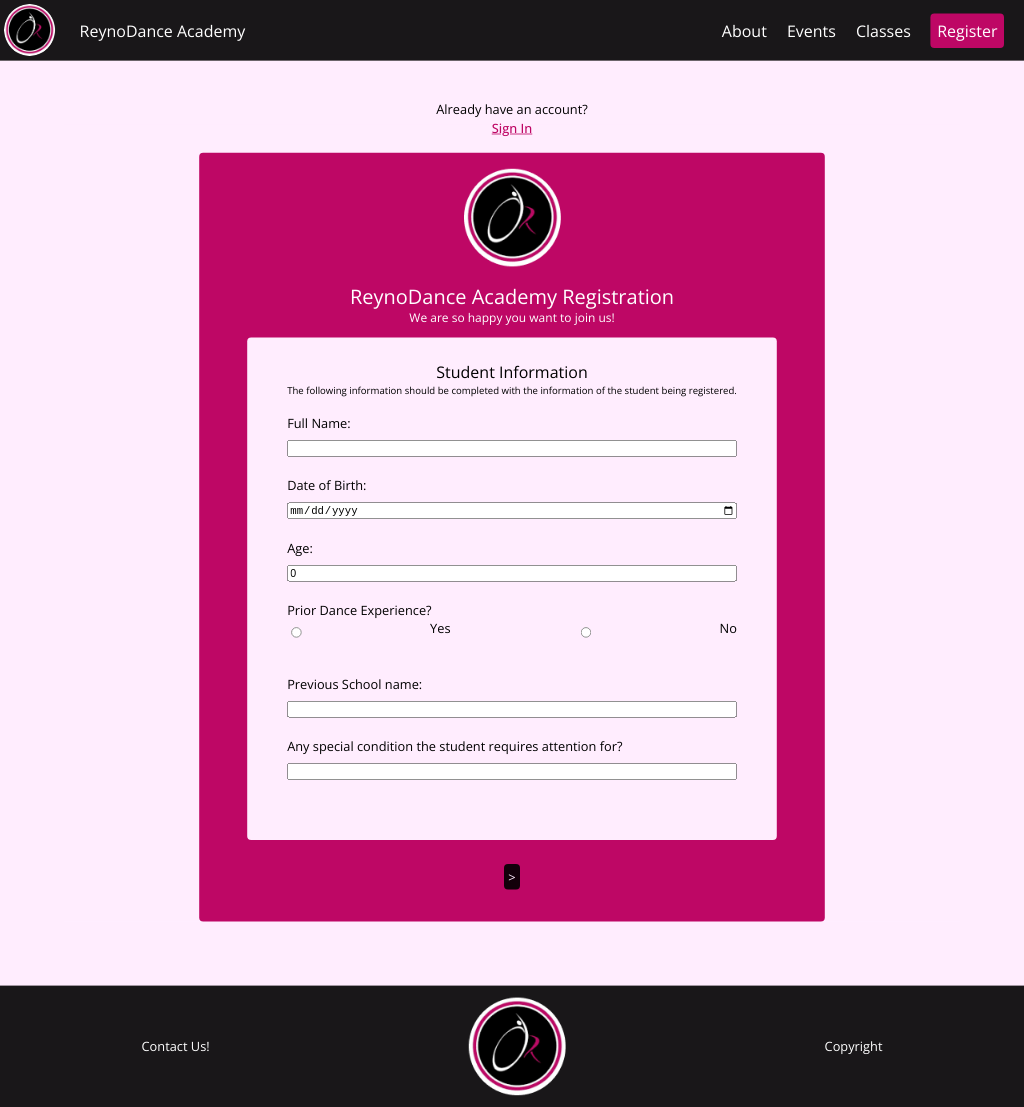
Repository: andreaelpz/reynodance-academy
Page: /register
The author's editor kept a copy of each file at every save. The page is drawn from the files as they stood at one save, then again after the next save.
The browser window is 1280 px wide. The pictures show the whole page, at 80% of full size.
The project was rebuilt for these pictures with package versions that can differ from the ones it lists, and the page was loaded fresh each time. Also part of the build but not shown: angular.json, src/app/about/about.component.ts, src/app/classes/classes.component.ts, src/app/events/events.component.ts, src/app/user/sign-in/sign-in.component.ts, src/app/dashboard/dashboard.component.ts, src/app/home/home.component.ts, src/app/login/login.component.ts.

Above is the page before, as saved 2024-11-18 21:56:40.

### src/index.html
<!doctype html>
<html lang="en">
<head>
  <meta charset="utf-8">
  <title>ReynodanceAcademy</title>
  <base href="/">
  <meta name="viewport" content="width=device-width, initial-scale=1">
  <link rel="icon" type="image/x-icon" href="favicon.ico">
</head>
<body>
  <app-root></app-root>
</body>
</html>

### src/styles.css
/* You can add global styles to this file, and also import other style files */
@import url('https://fonts.googleapis.com/css2?family=Open+Sans:wght@300;400;500;600;700;800&display=swap');

:root {
  --black: rgb(0,0,0,.9);
  --lightPink: #FFEDFE;
  --hotPink: #BE0765;
}

body {
  margin: 0;
  background: var(--lightPink);
  font-family: 'Open Sans', sans-serif;
  font-weight: 300;
  color: white;
}

### src/app/app.module.ts
import { NgModule } from '@angular/core';
import { BrowserModule } from '@angular/platform-browser';
import { FormsModule } from '@angular/forms';
import { AppRoutingModule } from './app-routing.module';

import { AppComponent } from './app.component';
import { NavbarComponent } from './navbar/navbar.component';
import { AboutComponent } from './about/about.component';
import { ClassesComponent } from './classes/classes.component';
import { EventsComponent } from './events/events.component';
import { RegisterComponent } from './user/register/register.component';
import { LoginComponent } from './login/login.component';
import { SignInComponent } from './user/sign-in/sign-in.component';
import { DashboardComponent } from './dashboard/dashboard.component';
import { HomeComponent } from './home/home.component';
import { FooterComponent } from './footer/footer.component';

@NgModule({
  declarations: [
    AppComponent,
    NavbarComponent,
    AboutComponent,
    ClassesComponent,
    EventsComponent,
    RegisterComponent,
    LoginComponent,
    SignInComponent,
    DashboardComponent,
    HomeComponent,
    FooterComponent
  ],
  imports: [
    BrowserModule,
    AppRoutingModule,
    FormsModule
  ],
  providers: [],
  bootstrap: [AppComponent]
})
export class AppModule { }

### src/app/app-routing.module.ts
import { NgModule } from '@angular/core';
import { RouterModule, Routes } from '@angular/router';
import { AboutComponent } from './about/about.component';
import { ClassesComponent } from './classes/classes.component';
import { EventsComponent } from './events/events.component';
import { SignInComponent } from './user/sign-in/sign-in.component';
import { DashboardComponent } from './dashboard/dashboard.component';
import { HomeComponent } from './home/home.component';
import { RegisterComponent } from './user/register/register.component';

const routes: Routes = [
  {path: 'about', component: AboutComponent, title:"About - ReynoDance"},
  {path: 'classes', component: ClassesComponent, title:"Classes - ReynoDance"},
  {path: 'events', component: EventsComponent, title:"Events - ReynoDance"},
  {path: 'register', component: RegisterComponent, title:"Register - ReynoDance"},
  {path: 'sign-in', component: SignInComponent, title:"Sign-In - ReynoDance"},
  {path: 'dashboard', component: DashboardComponent, title:"Dashboard - ReynoDance"},
  {path: '', component: HomeComponent, title:"ReynoDance Academy"}
];

@NgModule({
  imports: [RouterModule.forRoot(routes)],
  exports: [RouterModule]
})
export class AppRoutingModule { }

### src/app/app.component.ts
import { Component } from '@angular/core';

@Component({
  selector: 'app-root',
  templateUrl: './app.component.html',
  styleUrls: ['./app.component.css']
})
export class AppComponent {
  title = 'reynodance-academy';
}

### src/app/user/register/register.component.ts
import { Component } from '@angular/core';
import { User } from '../user.models';

@Component({
  selector: 'app-register',
  templateUrl: './register.component.html',
  styleUrls: ['./register.component.css']
})

export class RegisterComponent {
  user: User = {
    fullName: '',
    dateOfBirth: null,
    age: 0,
    hasDanceExperience: false,
    mother: {
      name: '',
      address: '',
      phone: '',
    },
    father: {
      name: '',
      address: '',
      phone: '',
    },
  };

  currentPage: number = 1;
  confirmation: boolean = false;

  nextPage(): void{
    this.currentPage++;
  }

  previousPage(): void{
    this.currentPage--;
  }

  submitForm(): void{
    this.confirmation = true;
  }

  closeConfirmation(): void{
    this.confirmation = false;
  }
}

### src/app/navbar/navbar.component.html
<div class = "container">
  <div class = "left">
    <a href = ""> <img class = "logo" src="/assets/images/logo.png" alt="Logo"/> </a>
    <a href = "">ReynoDance Academy</a>
  </div>
  <div class = "right">
    <a href = "/about">About</a>
    <a href = "/events">Events</a>
    <a href = "/classes">Classes</a>
    <a class = "register" href = "/register">Register</a>
  </div>
</div>

### src/app/navbar/navbar.component.css
.container{
  display: flex;
  justify-content: space-between;
  font-size: 20px;
  background-color: var(--black);
}

.left{
  display: flex;
  align-items: center;
  margin-left: 5px;
}

.left *{
  margin-right: 15px;
}

.logo{
  height: 65px;
  border-radius: 100%;
  margin-top: 5px;
}

.right{
  display: flex;
  align-items: center;
  margin-right: 25px;
}

.right *{
  margin-left: 25px;
}

a{
  text-decoration: none;
  color: white;
}

.register{
  background-color: var(--hotPink);
  padding: 8px;
  border-radius: 5px;
}

.register:hover{
  border-color: 10px solid var(--hotPink);
  background-color: #FFEDFE;
  color: var(--hotPink);
  font-size: 18px;
  font-weight: 400;
  border-color: var(--hotPink)
}

### src/app/user/register/register.component.html
<div class="container">
  <div class="accountExists">
    Already have an account?
  </div>
  <div class="sign-in">
    <a href="/sign-in">Sign In</a>
  </div>
  <div class="background">
    <img class = "logo" src = "/assets/images/logo.png"/>
    <div class="title">ReynoDance Academy Registration</div>
    <div class = "greeting"> We are so happy you want to join us!</div>

    <form (ngSubmit)="submitForm()">
      <!-- STUDENT INFORMATION -->
      <div class = "student" *ngIf= "currentPage === 1">
        <div class = "formTitle">Student Information</div>
        <div class = "info"> The following information should be completed with the information of the student being registered.</div>
        <br>
        Full Name: <input [(ngModel)]="user.fullName" name="name" type="text" />
        Date of Birth:<input [(ngModel)]="user.dateOfBirth" name="dob" type="date" />
        Age:<input [(ngModel)]="user.age" name="age" type="number" />
        Prior Dance Experience?
        <div class="experience">
          <input [(ngModel)]="user.hasDanceExperience" name="experience" type="radio" />Yes
          <input name="experience" type="radio" />No
        </div>
        <br />
        <div></div>
        Previous School name:<input [(ngModel)]="user.previousSchool" name="prevSchool" type="text"/>
        Any special condition the student requires attention for?<input [(ngModel)]="user.specialCondition" name="condition" type="text" />
      </div>

      <!-- PARENT INFORMATION -->
      <div class = "parent" *ngIf= "currentPage === 2">
        <div class = "formTitle">Parent Information</div>
        <div class = "info"> The following information should be completed with the student's parents' information.</div>
        <br>
        Mother's Name:<input [(ngModel)]="user.mother.name" name="momName" type="text" />
        Address:<input [(ngModel)]="user.mother.address" name="momAddress" type="text" />
        Phone Number:<input [(ngModel)]="user.mother.phone" name="momPhoneNum" type="tel" />
        Occupation:<input [(ngModel)]="user.mother.occupation" name="momJob" type="text" />
        Father's Name:<input [(ngModel)]="user.father.name" name="momName" type="text" />
        Address:<input [(ngModel)]="user.father.address" name="dadAddress" type="text" />
        Phone Number:<input [(ngModel)]="user.father.phone" name="dadPhoneNum" type="tel" />
        Occupation:<input [(ngModel)]="user.father.occupation" name="dadJob" type="text" />
      </div>

    </form>

    <div class = "buttons">
      <div *ngIf = "currentPage === 1">
        <button type="button" (click) = nextPage()>></button>
      </div>
      <div *ngIf = "currentPage === 2">
        <button class = "previous" type = "button" (click) = "previousPage()"><</button>
        <button type = "submit" (click) = "submitForm()">Submit</button>
      </div>
    </div>

    <div class = "confirmation" *ngIf="confirmation == true">
      <div class = "formSubmitted">
        Form Submitted Successfully!
        <a href = "/"><button (click) = "closeConfirmation()">OK</button></a>
      </div>
    </div>
  </div>
</div>

### src/app/user/register/register.component.css
.container {
  color: black;
  display: flex;
  justify-content: space-around;
  align-items: center;
  border: 80px solid var(--lightPink);
  background-color: transparent;
  flex-direction: column;
}

.accountExists{
  margin-top: -30px;
  margin-bottom: 1px;
}

a{
  color: var(--hotPink);
  text-decoration: underline;
}

.sign-in{
  margin-bottom: 20px;
  font-weight: 500;
}

.background {
  background-color: var(--hotPink);
  border-radius: 5px;
  padding: 60px;
  display: flex;
  flex-direction: column;
  align-items: center;
}

.logo{
  margin-top: -40px;
  margin-bottom: 20px;
}

.title{
  font-size: 25px;
  color: white;
}

.greeting{
  margin-bottom: 15px;
  font-size: 15px;
  color: white;
}

.student{
  display: flex;
  flex-direction: column;
  padding: 30px 50px 50px 50px;
  border-radius: 5px;
  background-color: var(--lightPink);
}

.parent{
  display: flex;
  flex-direction: column;
  padding: 30px 50px 50px 50px;
  border-radius: 5px;
  background-color: var(--lightPink);
}

.formTitle{
 display: flex;
 justify-content: center;
 font-size: 20px;
}

.info{
  display: flex;
  text-align: center;
  font-size: 12px;
}

.student input{
  margin-bottom: 25px;
  margin-top: 10px;
}

.parent input{
  margin-bottom: 25px;
  margin-top: 10px;
}

.experience{
  display:flex;
  justify-content: space-between;
}

.buttons{
  margin-top: 30px;
  margin-bottom: -20px;
  display: flex;
  justify-content: space-around;
}

.confirmation {
  position: fixed;
  top: 0;
  left: 0;
  width: 100%;
  height: 100%;
  background-color: rgba(0, 0, 0, 0.5);
  display: flex;
  justify-content: center;
  align-items: center;
  z-index: 1000;
}

.formSubmitted {
  background-color: white;
  padding: 20px;
  border-radius: 10px;
  text-align: center;
  display: flex;
  flex-direction: column;
}

.formSubmitted button{
  margin-top: 15px;
}

.previous{
  margin-right: 40px;
}

button{
  border: none;
  font: inherit;
  cursor: pointer;
  border-radius: 5px;
  background-color: var(--black);
  color: var(--lightPink);
  padding: 5px;
}

button:hover{
  font-weight: 600;
}

### src/app/footer/footer.component.html
<div class = "container">
    <div class = "links">Contact Us!</div>
    <img class = "logo" src="/assets/images/logo.png">
    <div class = "copyright">Copyright</div>
</div>

### src/app/footer/footer.component.css
.container{
    background-color: var(--black);
    display: flex;
    flex-direction: row;
    justify-content: space-around;
    padding: 15px;
    align-items: center;
}

Loaded but not shown: src/main.ts (common file); src/app/navbar/navbar.component.ts (common file); src/app/footer/footer.component.ts (common file); src/app/app.component.html (common file); src/app/app.component.css (no copy from this time; the picture is the same without it)

After the next save:
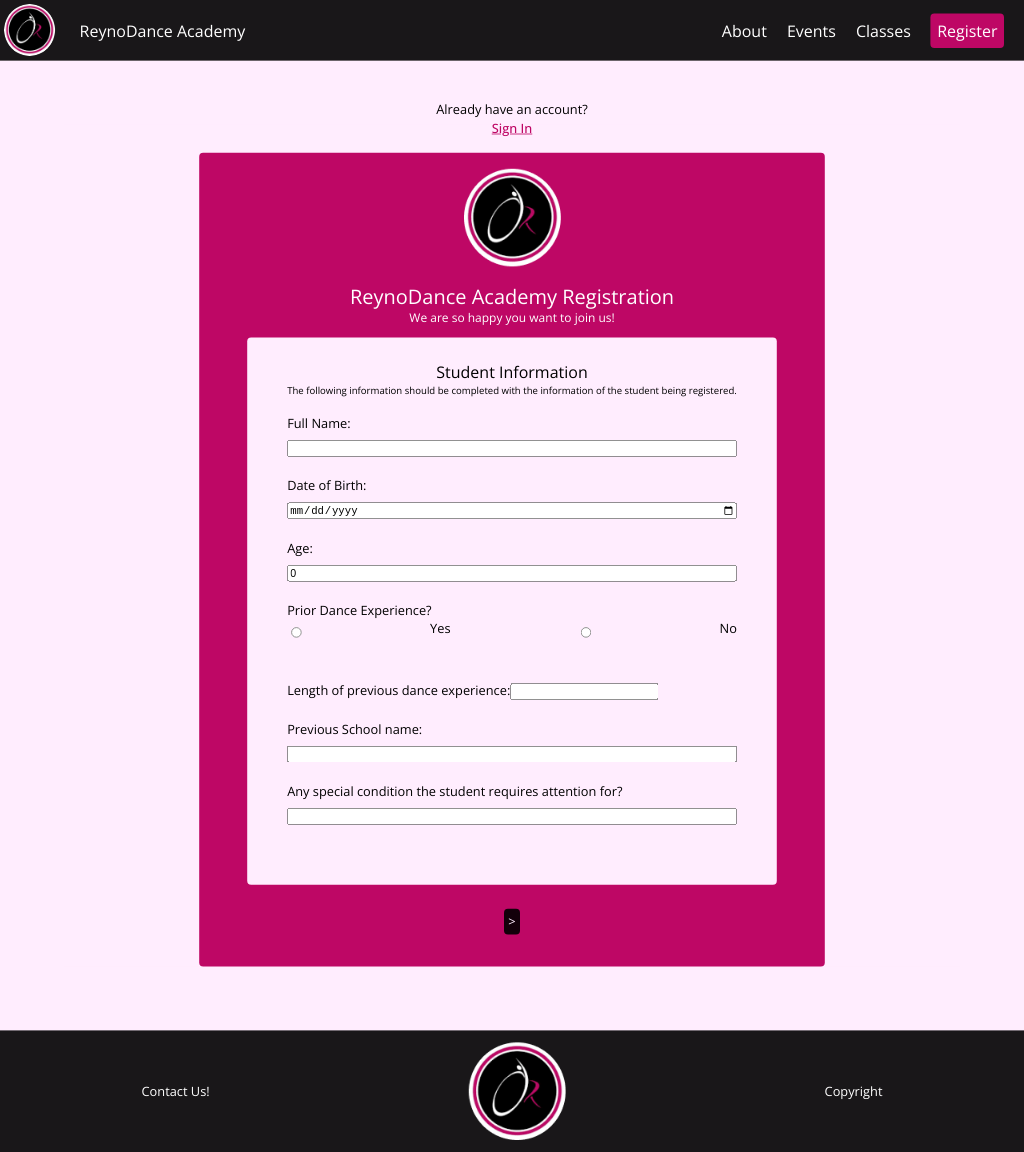
Saved 5 s later.
--- a/src/app/user/register/register.component.html
+++ b/src/app/user/register/register.component.html
@@ -25,7 +25,7 @@
           <input name="experience" type="radio" />No
         </div>
         <br />
-        <div></div>
+        <div>Length of previous dance experience:<input [(ngModel)]="user.experienceLength" name="exLength" type="number" /></div>
         Previous School name:<input [(ngModel)]="user.previousSchool" name="prevSchool" type="text"/>
         Any special condition the student requires attention for?<input [(ngModel)]="user.specialCondition" name="condition" type="text" />
       </div>
